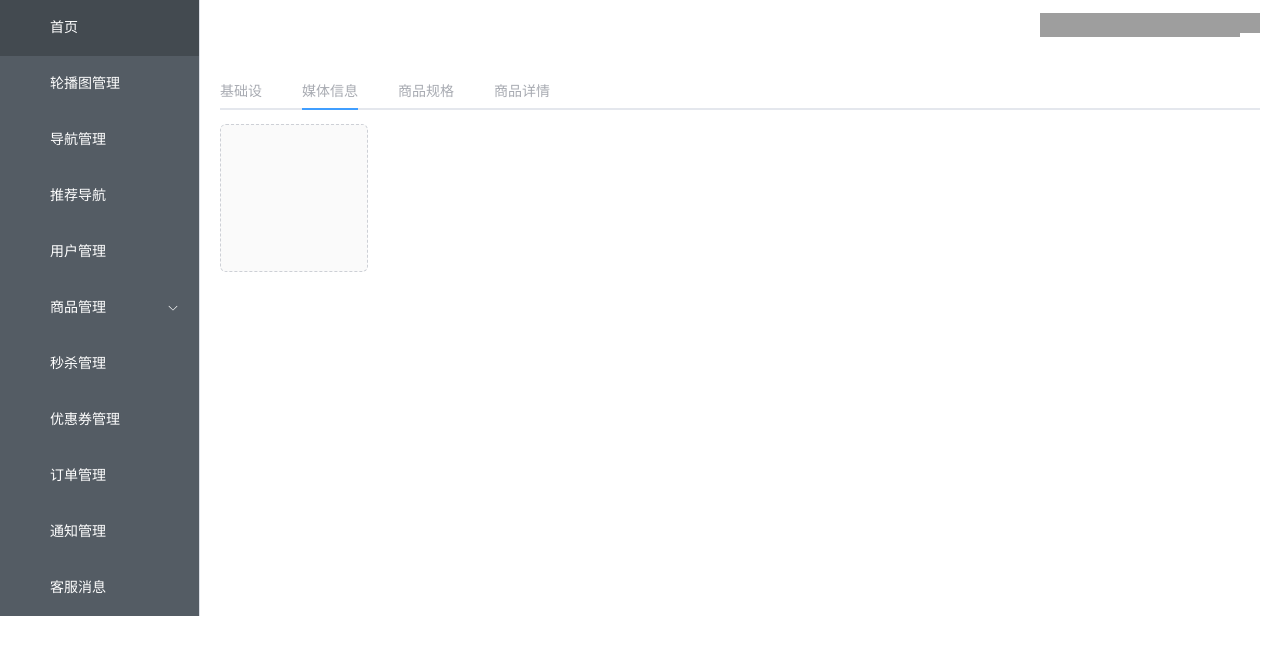
Repository: xinwuhao/CCG
Page: /addgoods
These files come from the project's save history. The page is drawn as it stood at one moment and after the next save; the edit follows.
The browser window is 1280 px wide. The pictures show the whole page.
Pictures or frames that could not be fetched are drawn as grey boxes. The page's requests for data from a server got no answer. The project was rebuilt for these pictures with package versions that can differ from the ones it lists, and the page was loaded fresh each time. No one was signed in, and anything a server would have sent is missing. Also part of the build but not shown: vite.config.ts.

Above is the page before, as saved 2021-09-24 14:27:28.

After the next save:
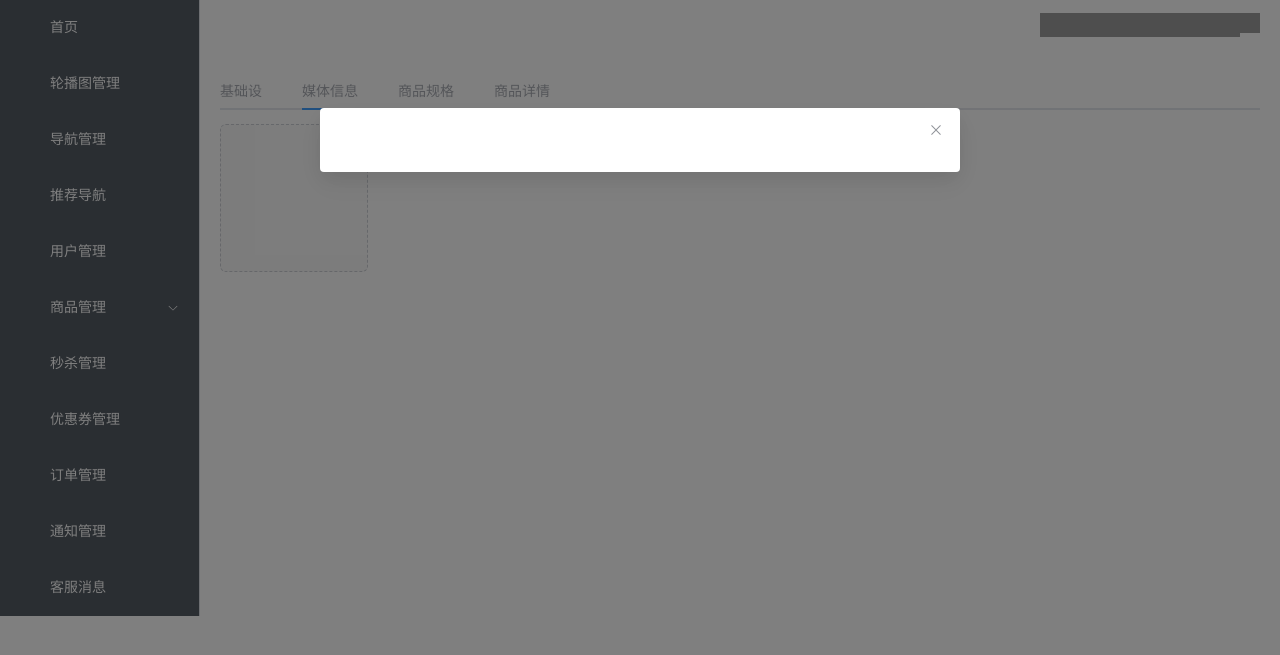
Saved 8 s later.
--- a/src/views/goods/addgoods.vue
+++ b/src/views/goods/addgoods.vue
@@ -180,7 +180,7 @@
           >
             <i class="el-icon-plus"></i>
           </el-upload>
-          <el-dialog v-model="dialogVisible">
+          <el-dialog v-model="img">
             <img width="100%" :src="img" alt="" />
           </el-dialog>
         </el-tab-pane>

After the save that followed:
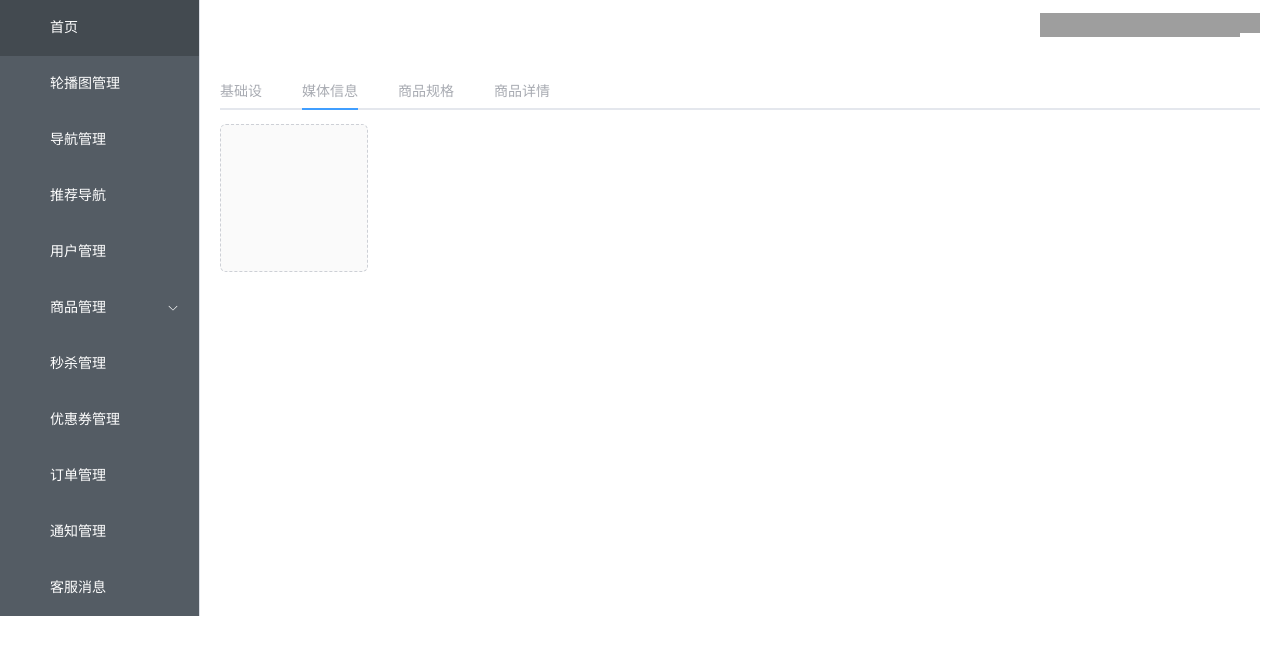
Saved 12 s later.
--- a/src/views/goods/addgoods.vue
+++ b/src/views/goods/addgoods.vue
@@ -180,7 +180,7 @@
           >
             <i class="el-icon-plus"></i>
           </el-upload>
-          <el-dialog v-model="img">
+          <el-dialog v-model="dialogVisible">
             <img width="100%" :src="img" alt="" />
           </el-dialog>
         </el-tab-pane>
